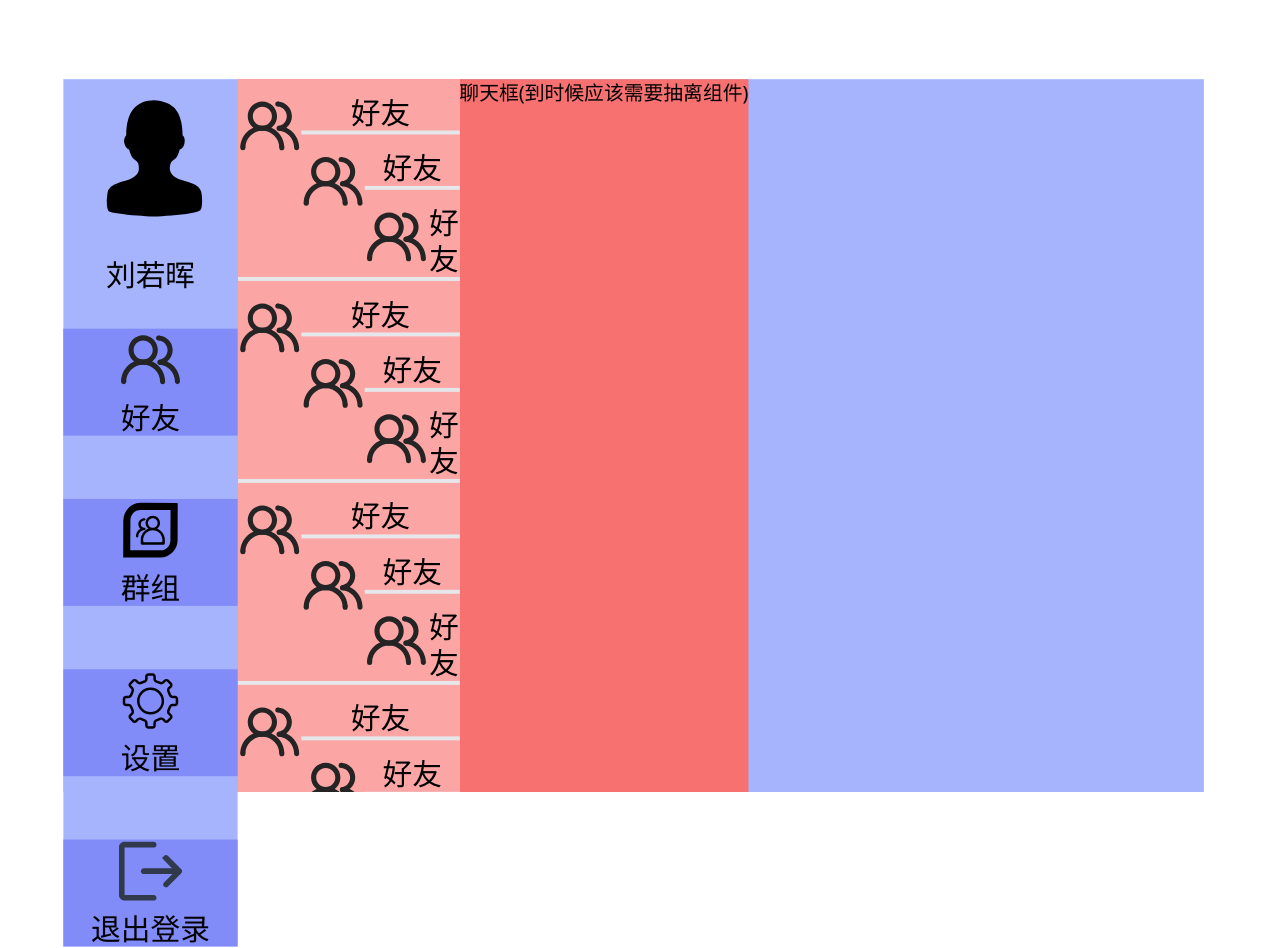
Repository: LiuRuohui/test_the_tailwindcss
Page: /
The author's editor kept a copy of each file at every save. The page is drawn from the files as they stood at one save, then again after the next save.
The browser window is 1280 px wide. The pictures show the whole page, at 99% of full size.
The project was rebuilt for these pictures with package versions that can differ from the ones it lists, and the page was loaded fresh each time. Also part of the build but not shown: vite.config.js, src/components/WelcomingPage.vue, src/components/RegisterPage.vue, src/components/LoginPage.vue, src/components/ForgetPasswd.vue, src/components/HelloWorld.vue, src/components/UpdateInformation.vue, src/components/ShowInformation.vue.

Above is the page before, as saved 2022-03-08 23:31:57.

### src/App.vue
<script setup>
import WelcomingPage from "./components/WelcomingPage.vue"
import RegisterPage from "./components/RegisterPage.vue"
import LoginPage from "./components/LoginPage.vue";
import ForgetPasswd from "./components/ForgetPasswd.vue";
import HelloWorld from "./components/HelloWorld.vue";
import UpdateInformation from "./components/UpdateInformation.vue";
import ShowInformation from "./components/ShowInformation.vue";
import MainPage from "./components/MainPage.vue";
</script>

<template>
<!--<WelcomingPage class="bg-blue-50 page"></WelcomingPage>
<RegisterPage class="bg-blue-50 page"></RegisterPage>
<LoginPage class="bg-blue-50 page"></LoginPage>
<ForgetPasswd class="bg-blue-50 page"></ForgetPasswd>
<UpdateInformation class="bg-blue-50 page"></UpdateInformation>
<ShowInformation class="bg-blue-50 page"></ShowInformation> -->
<MainPage class="bg-blue-50 page"></MainPage>

</template>

<style>
.page{
    height: 100vh;
}
</style>

### src/index.css
@tailwind base;
@tailwind components;
.inputFrame {
    @apply appearance-none rounded-none relative block w-full px-3 py-2 border border-gray-300 placeholder-gray-500 text-gray-900
}

.inputFrame:focus {
    @apply outline-none border-indigo-500 z-10 inline-block px-5 py-3 rounded-lg shadow-lg
}

.btn {
    @apply relative flex w-full justify-center py-2 border border-transparent font-medium rounded-md text-white bg-indigo-600
}

.btn:hover {
    @apply bg-indigo-700
}

.btn:focus {
    @apply outline-none ring-2 ring-offset-2 ring-indigo-500
}

@tailwind utilities;
@layer components {
    .card {
        background-color: theme('colors.blue.500');
        border-radius: theme('borderRadius.lg');
        padding: theme('spacing.6');
        box-shadow: theme('boxShadow.xl');
    }
    /* ... */
}

### src/components/MainPage.vue
<template>
<div class="flex flex-row sm:mx-16 sm:my-20 sm:text-xl bg-indigo-300">
    <div class="sm:basis-44 ">
        <div class="grid grid-rows-3 sm:gap-6 gap-3">
            <div class="row-span-2">
                <img src="../assets/用户.svg" alt="" class="mt-2 h-8 sm:mt-4 sm:h-32 w-2/3 mx-auto">
            </div>
            <div class="sm:text-3xl text-center m-auto">{{nickname}}</div>
            <div class="grid grid-rows-4 gap-16 bg-indigo-300">
                <div class="bg-indigo-400" @click="gotoFriends">
                    <img src="../assets/好友.svg" alt="好友" class="h-16 m-auto">
                    <p class="sm:text-3xl text-xl text-center mt-2">好友</p>
                </div>
                <div class="bg-indigo-400" @click="gotoGroups">
                    <img src="../assets/群组.svg" alt="群组" class="h-16 m-auto">
                    <p class="sm:text-3xl text-xl text-center mt-2">群组</p>
                </div>
                <div class="bg-indigo-400" @click="settings">
                    <img src="../assets/设置.svg" alt="设置" class="h-16 m-auto">
                    <p class="sm:text-3xl text-xl text-center mt-2">设置</p>
                </div>
                <div class="bg-indigo-400" @click="Logout">
                    <img src="../assets/退出.svg" alt="退出" class="h-16 m-auto">
                    <p class="sm:text-3xl text-xl text-center mt-2">退出登录</p>
                </div>
            </div>
        </div>
    </div>

    <div class="sm:basis-56 bg-red-300 overflow-auto">
        <div v-for="friend in friends.name" class="mt-4 sm:text-xl">
            <img src="../assets/好友.svg" alt="好友" class="h-16 m-auto float-left">
            <p class="sm:text-3xl text-xl text-center mt-2 ">好友</p>
            <hr class="border-2">
        </div>
    </div>

    <div class="sm:basis-auto bg-red-400">
      聊天框(到时候应该需要抽离组件)
    </div>
</div>
</template>

<script setup>
import {ref,reactive} from "vue"
const nickname = ref('刘若晖')

const friends = reactive({
    name:['123','456','789','','','','','','','','','','','','','','','','',''],
    message:[],
})

const groups = reactive({})

function settings(){
    alert('你点击了设置')
}

function gotoFriends(){
    alert('显示好友列表')
}

function gotoGroups(){
    alert('显示群组列表')
}

function Logout(){
    var choose = confirm('退出登录!')
    if(choose == true){
        alert('退出登录，返回登录界面')
    }else{
        alert('111')
    }
}
</script>

### tailwind.config.js
module.exports = {
    content: [
        "./index.html",
        "./src/**/*.{vue,js,ts,jsx,tsx}",
    ],
    theme: {
        extend: {},
    },
    variants: {
        backgroundColor: ['responsive', 'hover', 'focus', 'active']
    },
    plugins: [],
}

Loaded but not shown: index.html (common file); src/main.js (common file)

After the next save:
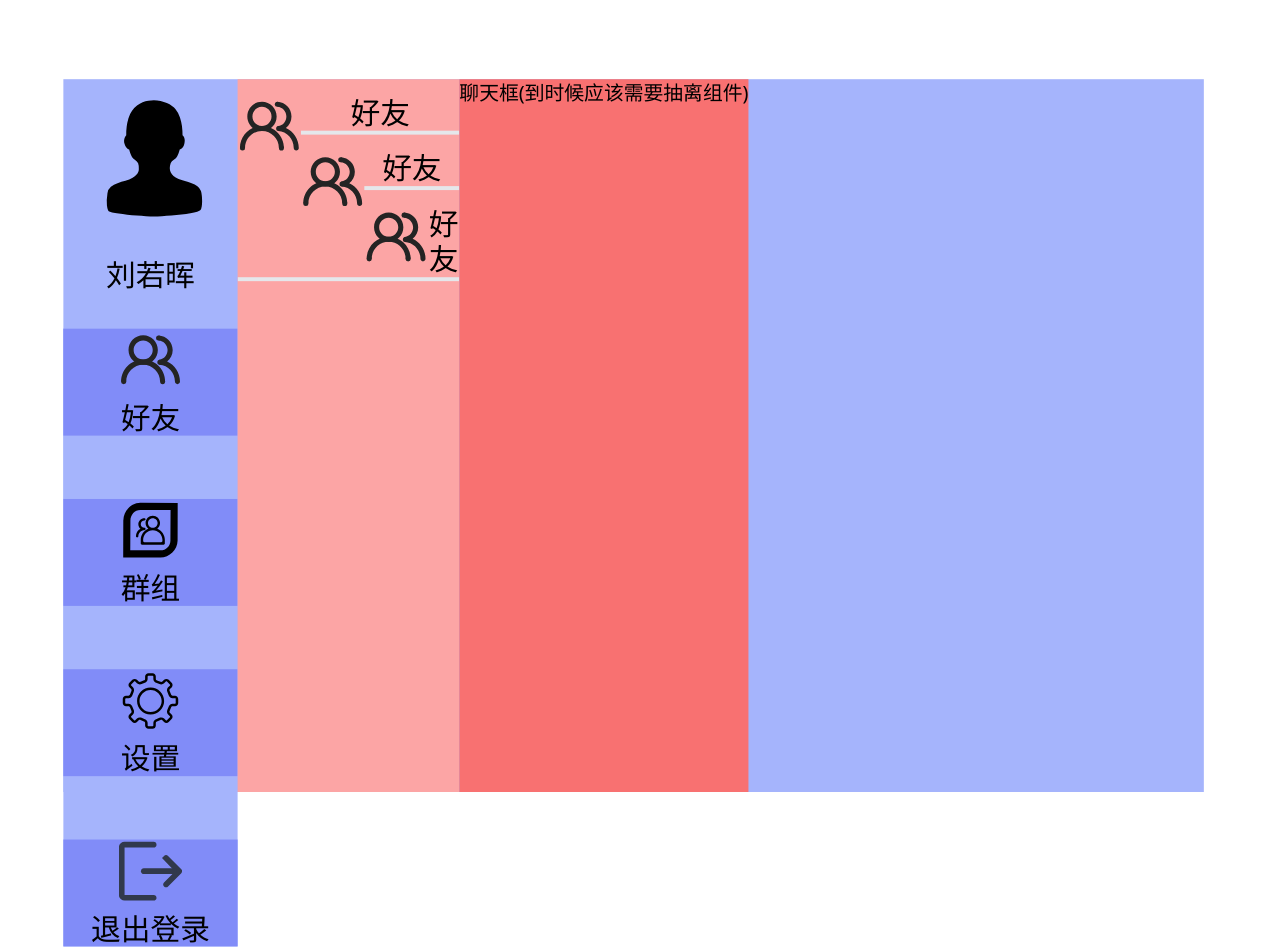
Saved 14 s later.
--- a/src/components/MainPage.vue
+++ b/src/components/MainPage.vue
@@ -46,7 +46,7 @@ import {ref,reactive} from "vue"
 const nickname = ref('刘若晖')
 
 const friends = reactive({
-    name:['123','456','789','','','','','','','','','','','','','','','','',''],
+    name:['123','456','789'],
     message:[],
 })
 
